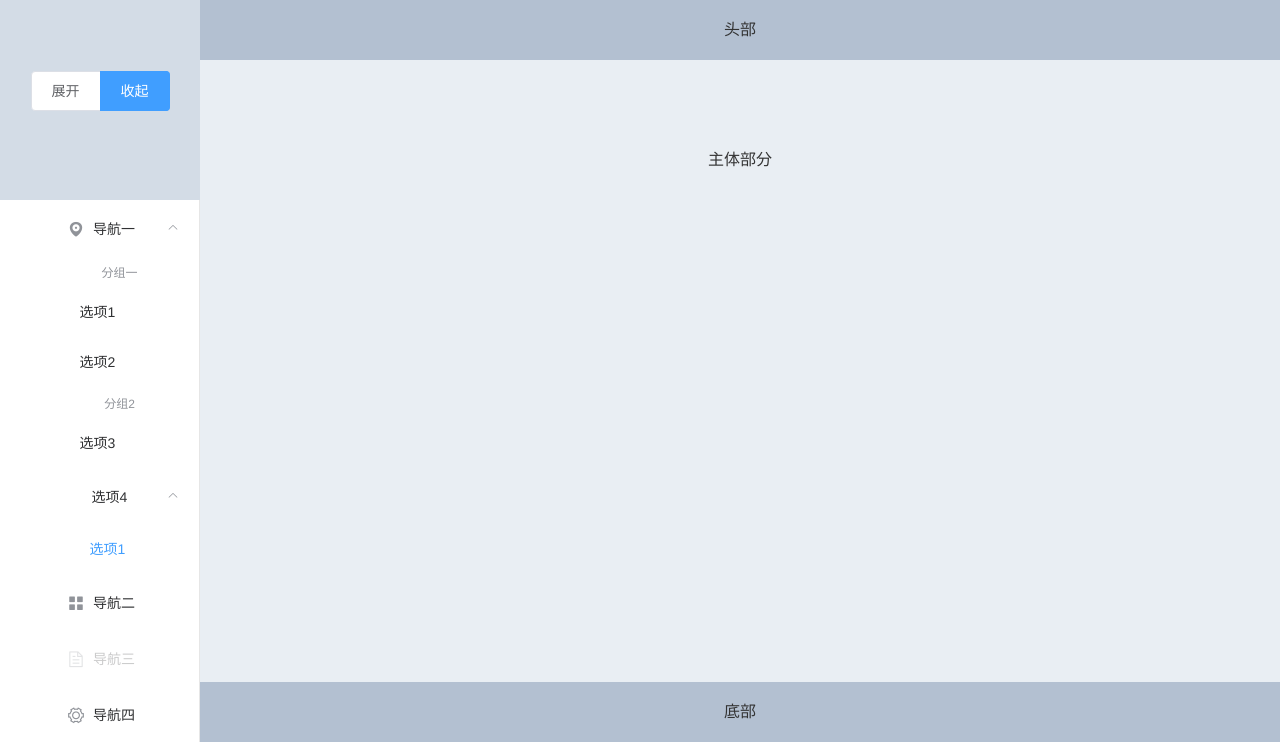
Repository: yshuf/bookstore-Management
Page: /about (app in bookstore-management/)
The author's editor kept a copy of each file at every save. The page is drawn from the files as they stood at one save, then again after the next save.
The browser window is 1280 px wide. The pictures show the whole page.
The project was rebuilt for these pictures with package versions that can differ from the ones it lists, and the page was loaded fresh each time. Also part of the build but not shown: bookstore-management/vue.config.js, bookstore-management/src/components/HelloWorld.vue, bookstore-management/src/views/Home.vue, bookstore-management/src/views/About.vue.

Above is the page before, as saved 2020-03-06 19:15:09.

After the next save:
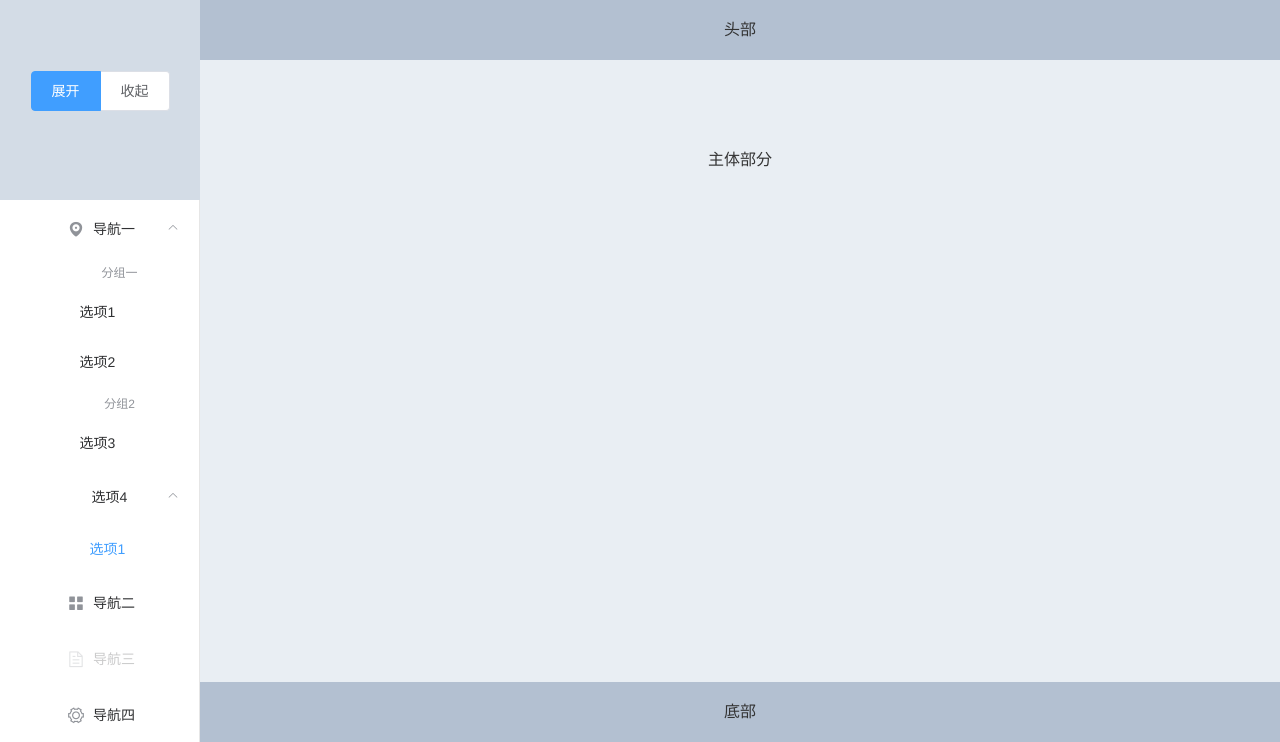
Saved 28 s later.
--- a/bookstore-management/src/App.vue
+++ b/bookstore-management/src/App.vue
@@ -3,8 +3,8 @@
        <el-container>
             <el-aside width="200px">
                 <el-radio-group v-model="isCollapse" style="margin-bottom: 20px;">
-                    <el-radio-button :label="true">展开</el-radio-button>
-                    <el-radio-button :label="false">收起</el-radio-button>
+                    <el-radio-button :label="false">展开</el-radio-button>
+                    <el-radio-button :label="true">收起</el-radio-button>
                 </el-radio-group>
                 <el-menu default-active="1-4-1" class="el-menu-vertical-demo" @open="handleOpen" @close="handleClose" :collapse="isCollapse">
                   <el-submenu index="1">
